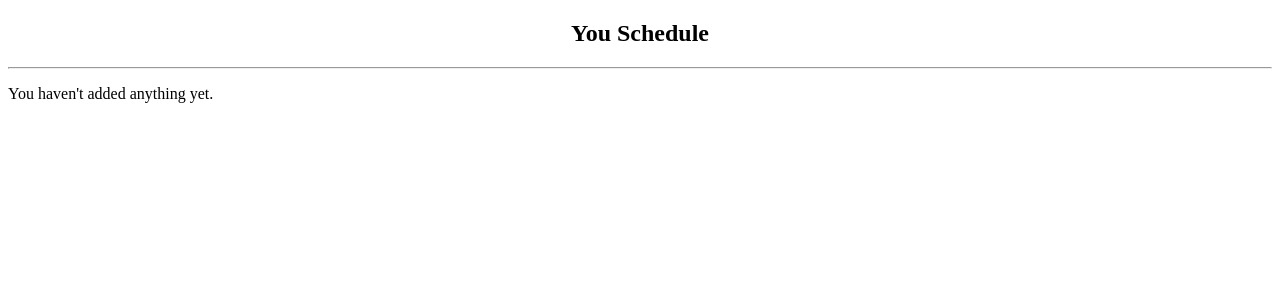
Repository: marawan200311-dev/To-Do-List-
Page: http://localhost/show_page
These files come from the project's save history. The page is drawn as it stood at one moment and after the next save; the edit follows.
The browser window is 1280 px wide. The pictures show the whole page.
The page is served by the project's application, run on Flask 3 (app.py). Queries for data that is not in the repository find no rows.

Above is the page before, as saved 2025-11-19 18:56:49.
Console error: TypeError: Cannot read properties of null (reading 'addEventListener')

### templates/show.html
{%extends 'base.html'%} {%block head%}
<title>Show up</title>
{%endblock%} {%block body%}
<h2 class="Show">You Schedule</h2>
<hr />


{% if schedule %}
    {% for item in schedule %}
        <p>{{ item }}</p>
    {% endfor %}
{% else %}
    <p>You haven't added anything yet.</p>
{% endif %}


 {%endblock%}

### templates/base.html
<!DOCTYPE html>
<html lang="en">
  <head>
    <link
      rel="stylesheet"
      href="{{url_for('static', filename='css/style.css')}}"
    />

    {%block head %}{%endblock%}
  </head>
  <body>
    {%block body %} {%endblock%}
    <script src="{{url_for('static',filename='js/main.js')}}"></script>
  </body>
</html>

### app.py
from flask import Flask, render_template ,url_for,request,redirect
import sqlite3
import os
db_py=os.path.join(os.path.dirname(__file__),'instance', 'data.db')
from instance.databas import initialise_data, add_data, show_up




app= Flask(__name__)
@app.route('/')
def index():
  return render_template('index.html')

@app.route('/add_page')
def add_page():
    return render_template('add.html')

@app.route('/add_assignment' ,methods=['POST'])
def assignment ():
   assignment=request.form['assignment']
   date= request.form['date']
   initialise_data()
   add_data(assignment,date)
   return render_template('add.html')

@app.route('/skip')
def skip ():
   return redirect('/')
@app.route('/delete_page')
def delete_page():
    return render_template('delete.html')
@app.route('/update_page')
def update_index():
    return render_template('update.html')

@app.route('/show_page')
def show_page():
    data=show_up()
    return render_template('show.html', schedule=data)


if __name__=="__main__":
      app.run(debug=True)

### instance/databas.py
import sqlite3
import os

def initialise_data():
  connect = sqlite3.connect('data.db')
  cursor= connect.cursor()

  cursor.execute('''
  CREATE TABLE IF NOT EXISTS user_assignment( id INTEGER PRIMARY KEY AUTOINCREMENT,
  assignment TEXT NOT NULL ,
data TEXT )
''')





def add_data(assignment,data):
   connect = sqlite3.connect('data.db')
   cursor= connect.cursor()
   cursor.execute('INSERT INTO user_assignment (assignment,data) VALUES(?,?)', (assignment,data))
   connect.commit()
   connect.close()

def show_up():
  connect = sqlite3.connect('data.db')
  cursor= connect.cursor()

  cursor.execute('SELECT * FROM user_assignment')
  all_date = cursor.fetchall()

  schedule=[]
  for data in all_date:
    schedule.append(f'{data[0]}. Your mession {data[1]} You decided to do that in that time==>{data[2]}')
  if len(schedule)==0 :
    print('The user does not add anything :)')
  return schedule









initialise_data()

### static/css/style.css
.h1{
  text-align: center;
  border-bottom: 2px solid black;
}

#text_add {
   display: inline;
}
#text_update{
  display: inline;
}

#text_show{
  display: inline;
}
#text_delete{
  display: inline;
}
.Show{
  text-align: center;

}

### static/js/main.js
document.addEventListener('DOMContentLoaded', () => {
    const skipButton = document.querySelector('.Skip');
    if(skipButton){
        skipButton.addEventListener('click', () => {
            window.location = '/skip';
        });
    }
});




const addButton = document.querySelector('.Add');


addButton.addEventListener('click', () => {

    window.open('/add_page', '_blank');
});



addButton.addEventListener('click', () => {

    window.open('/add_page', '_blank');
});



const deletButton= document.querySelector('.Delete');

deletButton.addEventListener('click' , () => {
window.open('/delete_page','_blank')
});





const ubdateButton = document.querySelector('.Update')
ubdateButton.addEventListener('click', ()=> {
window.open('/update_page','_blank')

});








const showButton = document.querySelector('.Show')
showButton.addEventListener('click',()=>{
window.open('/show_page','_blank')
});

After the next save:
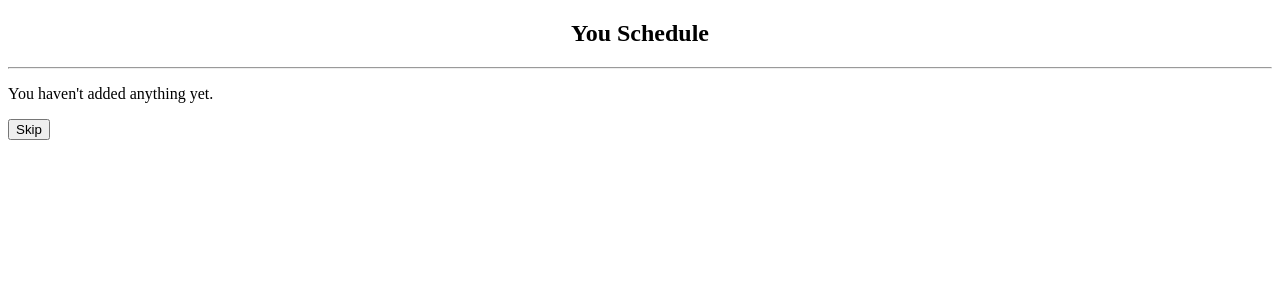
Saved 13 h 55 min later.
--- a/templates/show.html
+++ b/templates/show.html
@@ -12,6 +12,6 @@
 {% else %}
     <p>You haven't added anything yet.</p>
 {% endif %}
-
+<button>Skip</button>
 
  {%endblock%}
